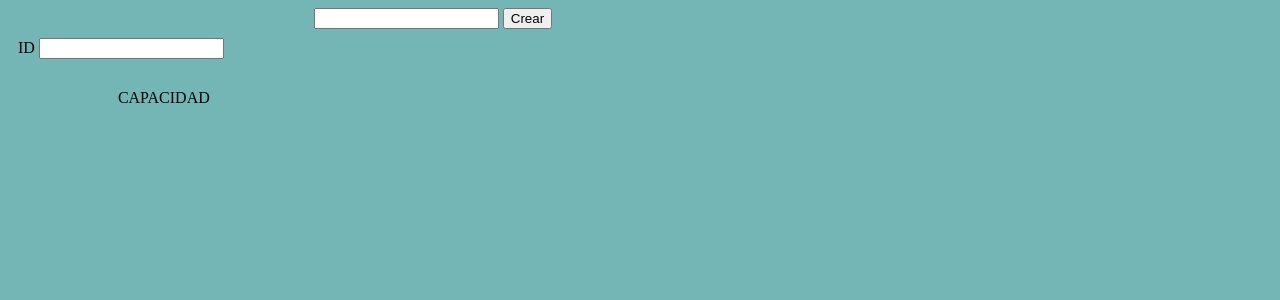
Repository: Robin-Rivadeneira/prueva_pablo
Page: index.html
The author's editor kept a copy of each file at every save. The page is drawn from the files as they stood at one save, then again after the next save.
The browser window is 1280 px wide. The pictures show the whole page.

Above is the page before, as saved 2020-01-16 20:28:56.

After the next save:
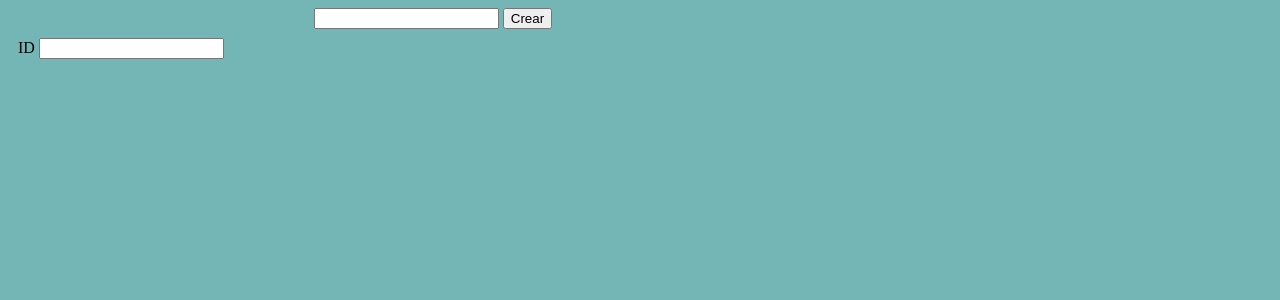
Saved 4 s later.
--- a/css/bomberos.css
+++ b/css/bomberos.css
@@ -15,5 +15,5 @@ body{
 .capacidad{
     position: relative;
     top: 80px;
-    right: 100px;
+    right: 400px;
 }
